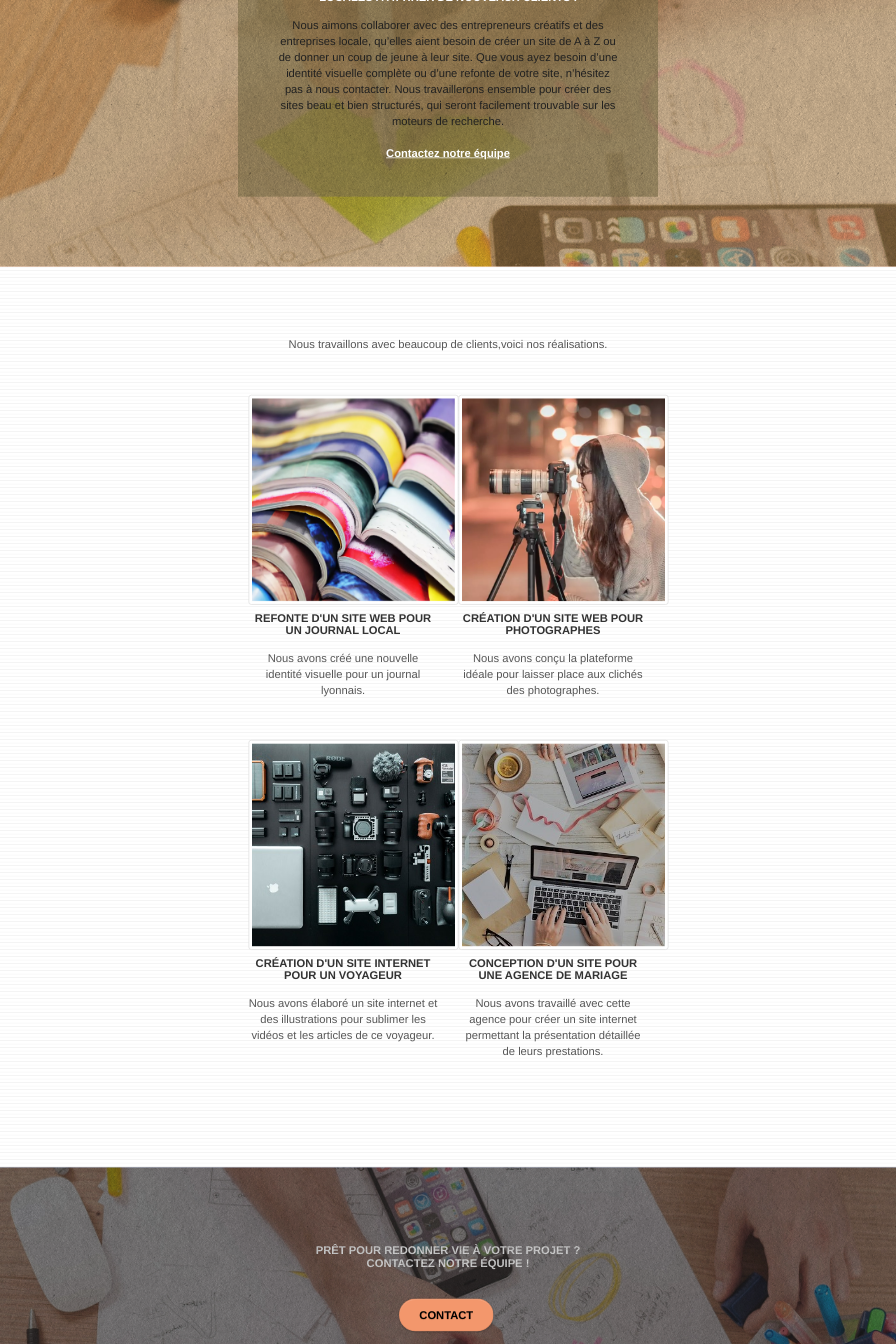
Repository: EtudianteHU/Uyarci_Hilal_4_code_012023
Page: index.html
The author's editor kept a copy of each file at every save. The page is drawn from the files as they stood at one save, then again after the next save.
The browser window is 1280 px wide. The pictures show the part of the page from y = 1390 to 3310 px (the page is 3501 px tall), at 70% of full size.

Above is the page before, as saved 2023-03-01 13:10:27.

After the next save:
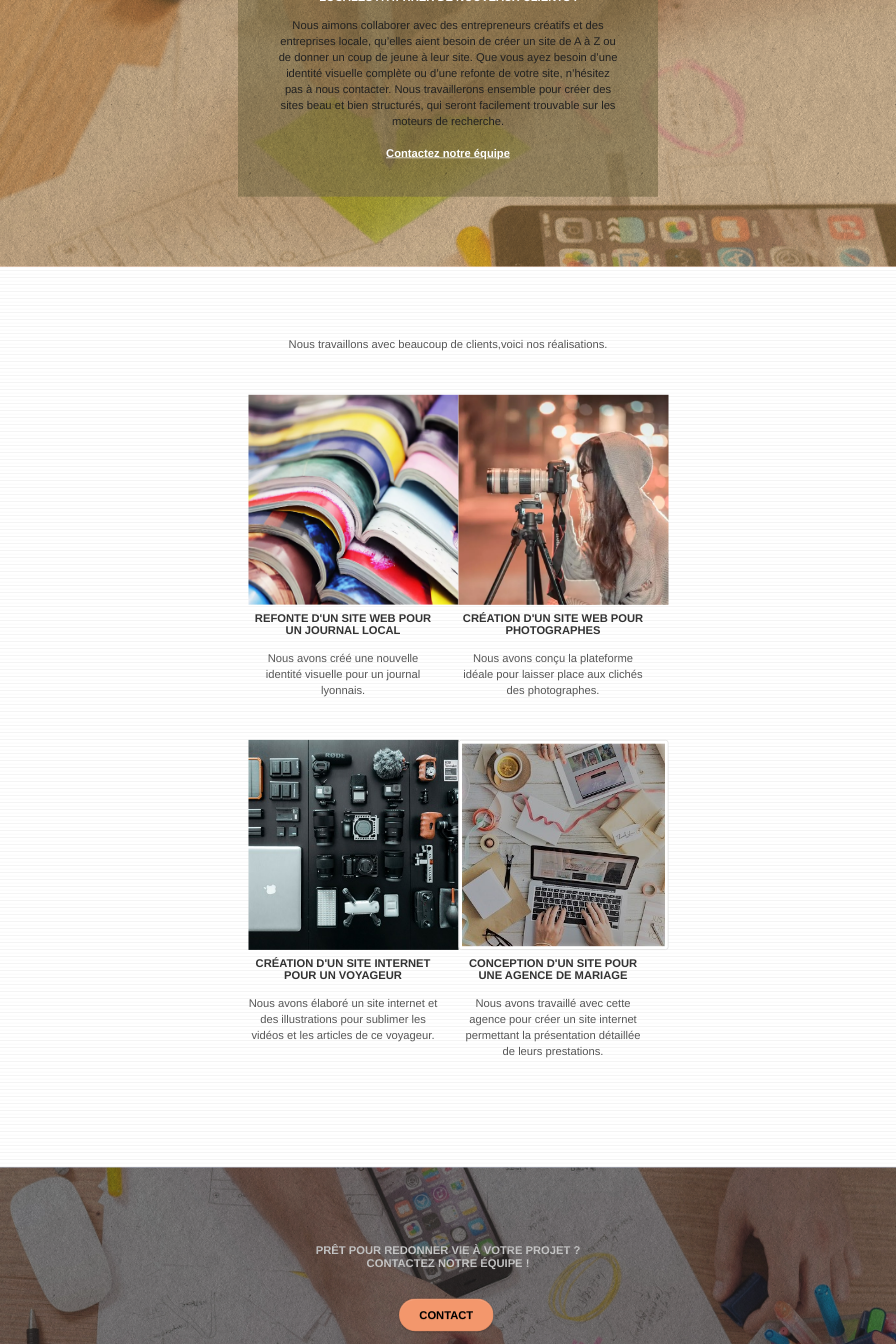
Saved 13 min 46 s later.
--- a/index.html
+++ b/index.html
@@ -247,7 +247,7 @@
                                 ><img
                                     src="img/1.webp" loading="lazy"
                                     alt="Photo de journal"
-                                    class="img-fluid img-thumbnail portfolio-thumb"
+                                    class="img-responsive portfolio-thumb"
                             /></a>
                             <h3 class="mg-md text-center">
                                 Refonte d'un site web pour un journal local
@@ -267,7 +267,7 @@
                                 title="un site web pour photographes"
                                 ><img
                                     src="img/2.webp" loading="lazy"
-                                    class="img-fluid img-thumbnail portfolio-thumb"
+                                    class="img-responsive portfolio-thumb"
                                     alt="personne utilisant un appareil photo"
                             /></a>
                             <h3 class="mg-md text-center">
@@ -290,7 +290,7 @@
                                 title="Plateforme idéale pour les clichés"
                                 ><img
                                     src="img/3.webp" loading="lazy"
-                                    class="img-fluid img-thumbnail portfolio-thumb"
+                                    class="img-responsive portfolio-thumb"
                                     alt="pièces de caméra"
                             /></a>
                             <h3 class="mg-md text-center">
